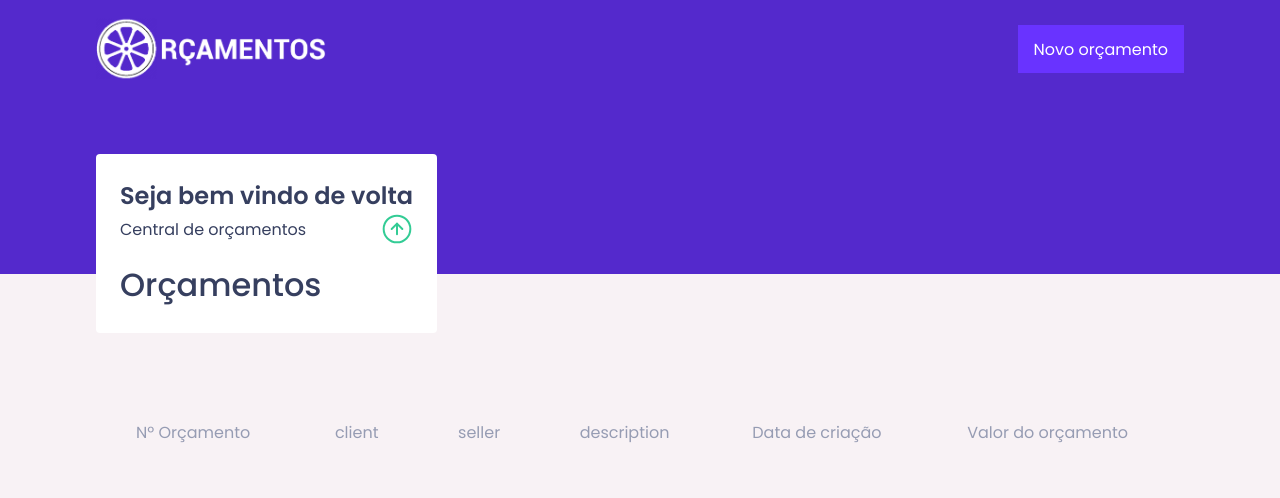
Repository: soualexandre/frentend-botOrcamentos
Page: /
These files come from the project's save history. The page is drawn as it stood at one moment and after the next save; the edit follows.
The browser window is 1280 px wide. The pictures show the whole page.
The page's requests for data from a server got no answer. The project was rebuilt for these pictures with package versions that can differ from the ones it lists, and the page was loaded fresh each time. No one was signed in, and anything a server would have sent is missing.

Above is the page before, as saved 2021-07-20 16:44:40.

After the next save:
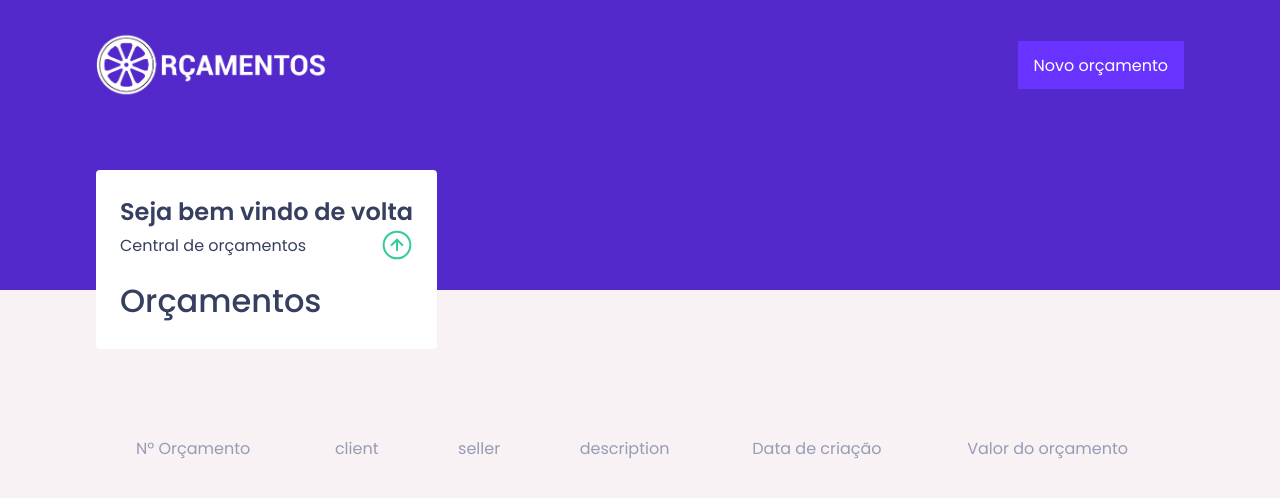
Saved 5 s later.
--- a/src/components/Header/styles.ts
+++ b/src/components/Header/styles.ts
@@ -8,7 +8,7 @@
     background: var(--blue);
     max-width: 1120px;
     margin: 0 auto;
-    padding: 1rem 1rem 12rem;
+    padding: 2rem 1rem 12rem;
 
     display: flex;
     align-items: center;
